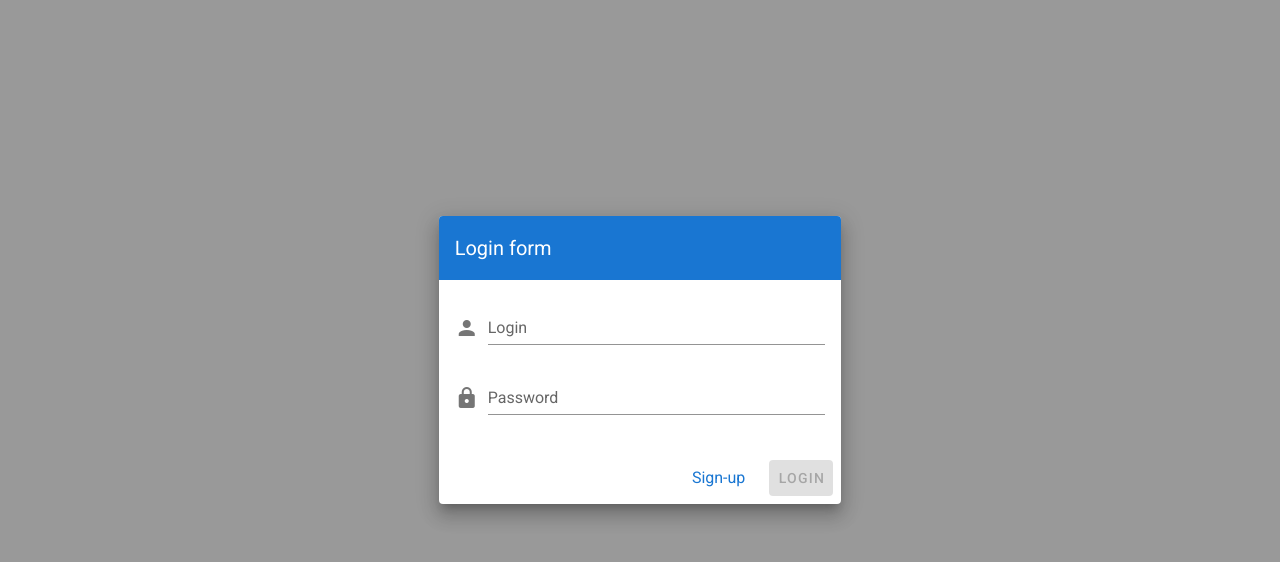
Repository: EldarioLink/lome
Page: /
The author's editor kept a copy of each file at every save. The page is drawn from the files as they stood at one save, then again after the next save.
The browser window is 1280 px wide. The pictures show the whole page.
The project was rebuilt for these pictures with package versions that can differ from the ones it lists, and the page was loaded fresh each time. Also part of the build but not shown: vue.config.js, src/layouts/MainLayout.vue.

Above is the page before, as saved 2020-09-14 14:35:06.

After the next save:
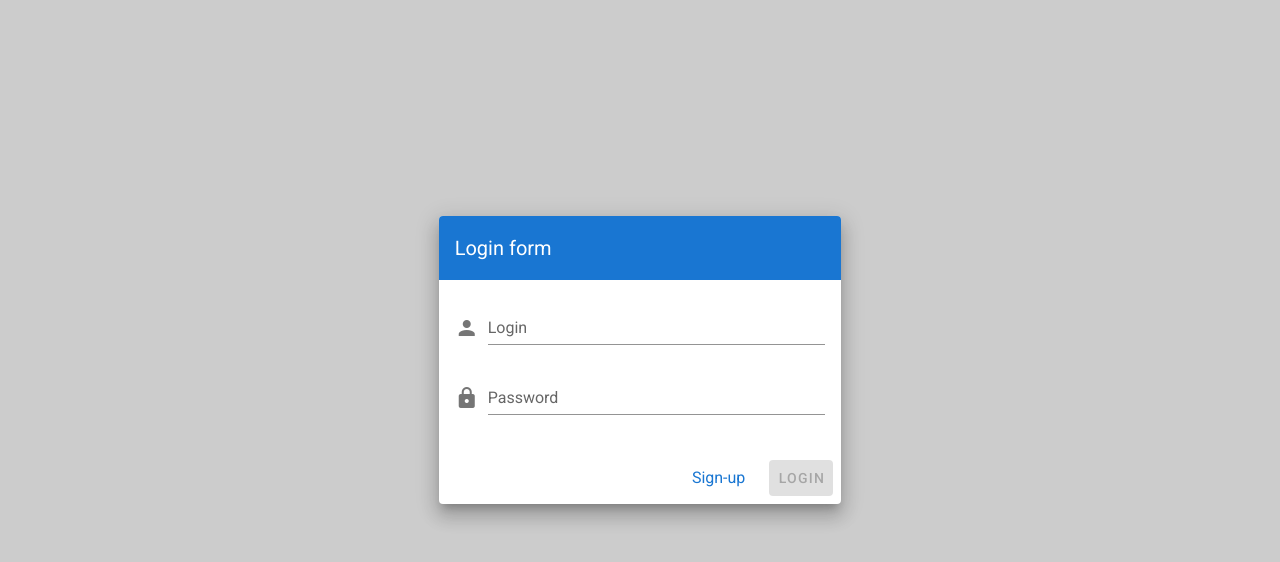
Saved 15 s later.
--- a/src/views/Login.vue
+++ b/src/views/Login.vue
@@ -99,6 +99,6 @@ export default {
 
 <style scope>
 .background-gray {
-  background: #999999;
+  background: #cccccc;
 }
 </style>
